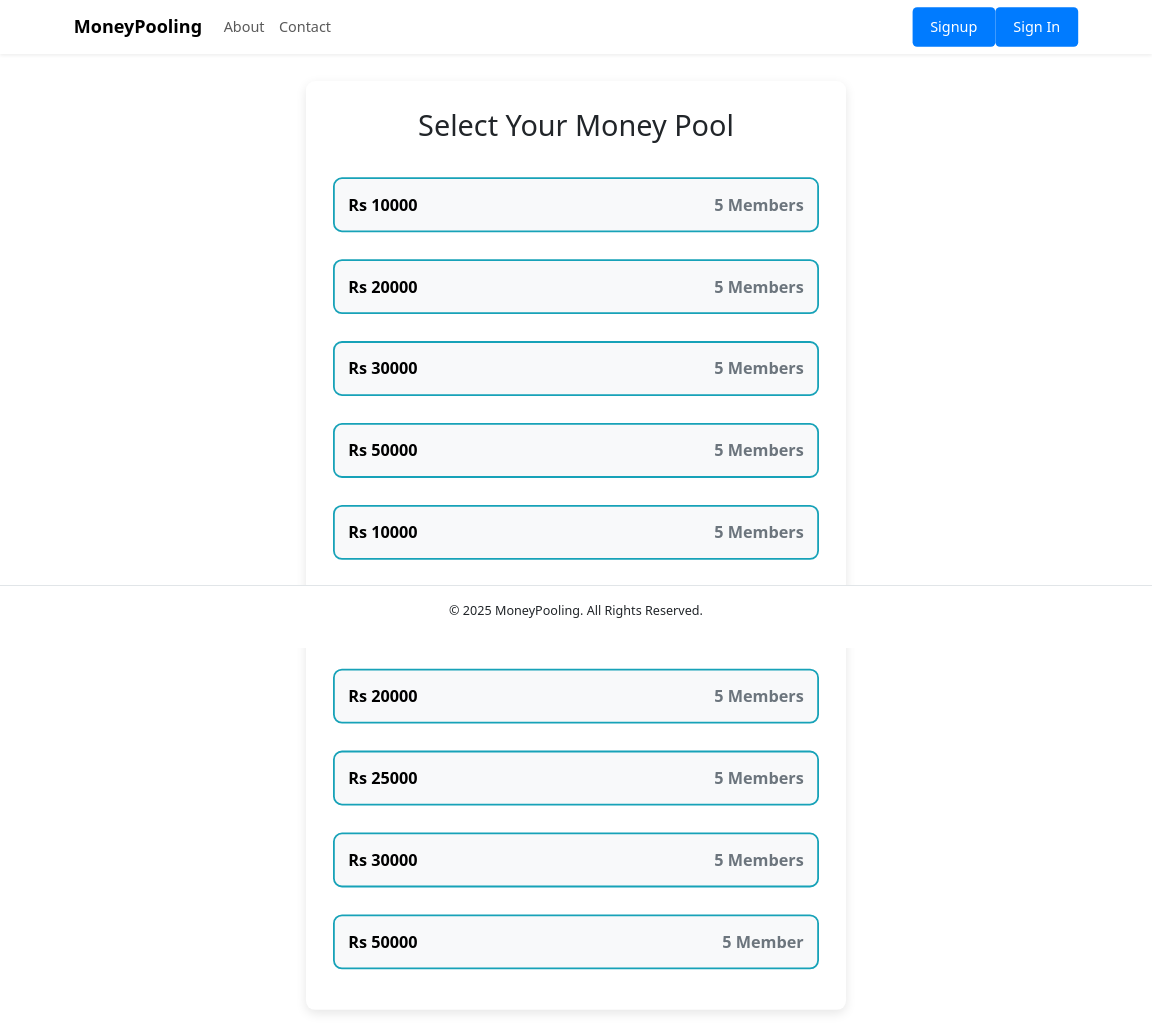
Repository: xxgautm420/MoneyPool
Page: templates/Index.html
An editor plug-in stored every save of this project. The page is shown before and after the next save, followed by the edit.
The browser window is 1280 px wide. The pictures show the whole page, at 90% of full size.
The page is served by the project's application, run on Flask 3 (app.py). Other server files are loaded and not shown. The template is opened directly, without the code that normally fills it, so the values that code supplies are empty.

Above is the page before, as saved 2025-03-03 23:18:27.

### templates/Index.html
<!DOCTYPE html>
<html lang="en">
<head>
    <meta charset="UTF-8">
    <meta name="viewport" content="width=device-width, initial-scale=1.0">
    <title>Money Pooling</title>


    <link rel="stylesheet" href="{{ url_for('static', filename='Css/style.css') }}">


    <link href="https://cdn.jsdelivr.net/npm/bootstrap@5.3.0-alpha1/dist/css/bootstrap.min.css" rel="stylesheet">
</head>
<body>


    <nav class="navbar navbar-expand-lg navbar-light bg-white fixed-top shadow-sm">
        <div class="container">
            <a class="navbar-brand fw-bold" href="#">MoneyPooling</a>
            <div class="collapse navbar-collapse">
                <ul class="navbar-nav me-auto mb-2 mb-lg-0">
                    <li class="nav-item">
                        <a class="nav-link" href="#" id="aboutLink">About</a>
                    </li>
                    <li class="nav-item">
                        <a class="nav-link" href="#" id="contactLink">Contact</a>
                    </li>
                </ul>
                <button id="signInButton" class="Sign-button">Signup</button>


                <button id="signInButton" class="Sign-button">Sign In</button>

        <div id="aboutFormContainer" class="about-container" style="display: none;">
            <div class="about-box">
        <section>
            <h1>About This Project</h1>
            <p>In today's digital age, web applications play a pivotal role in streamlining various processes and enhancing user experiences. This project focuses on developing a web application designed to facilitate a unique and engaging process where members join a slot, contribute a specified amount, and a randomly selected member benefits until all members have been selected. The application aims to provide a seamless and user-friendly experience, ensuring secure login, easy slot selection, and transparent tracking of contributions.</p>
            <p>The project is motivated by the need to create an efficient and reliable system that can manage member contributions and random selections in a fair and transparent manner. By leveraging modern web technologies, the application aims to enhance user engagement and foster a sense of community among members. This document outlines the functional requirements, user interaction flow, technical specifications, and expected outcomes of the project.</p>
            <button id="closeAbout" class="close-button"> x</button>
        </section>
        </div>
    </div>
    <div id="contactFormContainer" class="contact-container" style="display: none;">
        <div class="contact-box">
    <section>
        <h1>Contact</h1>
        <form>
            <label for="name">Name:</label><br>
            <input type="text" id="name" name="name" placeholder="Your Name"><br><br>
            <label for="email">Email:</label><br>
            <input type="email" id="email" name="email" placeholder="Your Email"><br><br>
            <label for="number">Number:</label><br>
            <input type="tel" id="number" name="number" placeholder="Your Phone Number"><br><br>
        </form>
        <p><strong>Address:</strong> Your Address Here</p>
        <p><strong>Contact Number:</strong> Your Contact Number Here</p>

        <button id="closeContact" class="close-button"> x</button>
    </section>
    </div>
</div>


            </div>
        </div>
    </nav>


    <div class="main-container">
        <h2 class="text-center mb-4">Select Your Money Pool</h2>
        <div class="slot-container">
            <button class="slot"><span>Rs 10000</span> <span class="members">5 Members</span></button>
            <button class="slot"><span>Rs 20000</span> <span class="members">5 Members</span></button>
            <button class="slot"><span>Rs 30000</span> <span class="members">5 Members</span></button>
            <button class="slot"><span>Rs 50000</span> <span class="members">5 Members</span></button>
            <button class="slot"><span>Rs 10000</span> <span class="members">5 Members</span></button>
            <button class="slot"><span>Rs 15000</span> <span class="members">5 Members</span></button>
            <button class="slot"><span>Rs 20000</span> <span class="members">5 Members</span></button>
            <button class="slot"><span>Rs 25000</span> <span class="members">5 Members</span></button>
            <button class="slot"><span>Rs 30000</span> <span class="members">5 Members</span></button>
            <button class="slot"><span>Rs 50000</span> <span class="members">5 Member</span></button>
        </div>
    </div>


    <div id="loginFormContainer" class="login-container">
        <div class="login-box">
            <h3>Login</h3>
            <input type="text" id="username" placeholder="Username">
            <input type="password" id="password" placeholder="Password">
            <button id="loginSubmit" class="btn btn-success">Login</button>
            <button id="closeLogin" class="btn btn-danger">Close</button>
        </div>
    </div>


    <div id="joinPoolForm" class="login-container" style="display: none;">
        <div class="login-box">
            <h3>Join Pool</h3>
            <button id="joinSubmit" class="btn btn-success" onclick="location.href='/progress'">Join</button>
            <button id="closeJoinPool" class="btn btn-danger">Close</button>
        </div>
    </div>


    <footer class="text-center py-3">
        <p>&copy; 2025 MoneyPooling. All Rights Reserved.</p>
    </footer>


    <script src="{{ url_for('static', filename='Script/script.js') }}"></script>
</body>
</html>

### app.py
from flask import Flask, render_template , jsonify
from user import User, db
from config import Config
from auth import auth_bp

app = Flask(__name__)
app.config.from_object(Config)
db.init_app(app)

app.register_blueprint(auth_bp)

@app.route('/')
def home():
    return render_template('index.html')

@app.route('/progress')
def progress():
    return render_template('progress.html')

@app.route('/api/users/top5', methods=['GET'])
def get_top5_users():
    users = User.query.limit(5).all()
    return jsonify([user.username for user in users])

if __name__ == '__main__':
    app.run(debug=True)

### static/Css/style.css

body {
    font-family: Arial, sans-serif;
    text-align: center;
    margin: 0;
    background-color: white;
    padding-top: 70px;
    display: flex;
    flex-direction: column;
    min-height: 100vh;
}


.navbar {
    box-shadow: 0px 2px 5px rgba(0, 0, 0, 0.1);
}

/* Container styling for buttons */


/* Class for styling the buttons */
.Sign-button {
    background-color: #007bff; /* Primary color */
    color: white; /* Text color */
    border: none; /* No border */
    padding: 10px 20px; /* Padding inside button */
    border-radius: 5px; /* Rounded corners */
    font-size: 16px; /* Font size */
    cursor: pointer; /* Pointer cursor on hover */
}

/* Additional hover effects for the buttons */
.Sign-button:hover {
    background-color: #0056b3; /* Darker shade on hover */
    transition: background-color 0.3s; /* Smooth transition */
}



.main-container {
    width: 80%;
    max-width: 600px;
    margin: 20px auto;
    padding: 30px;
    background-color: white;
    border-radius: 10px;
    box-shadow: 0 4px 12px rgba(0, 0, 0, 0.1);
    flex: 1;
    overflow-y: auto;
}


.slot-container {
    display: flex;
    flex-direction: column;
    align-items: center;
}


.slot {
    width: 100%;
    background-color: #f8f9fa;
    border: 2px solid #17a2b8;
    padding: 15px;
    margin: 15px 0;
    border-radius: 10px;
    font-size: 18px;
    cursor: pointer;
    display: flex;
    justify-content: space-between;
    align-items: center;
    font-weight: bold;
    transition: 0.3s;
}

.slot:hover {
    background-color: #17a2b8;
    color: white;
}


.members {
    color: #6c757d;
}


.login-container {
    position: fixed;
    top: 0;
    left: 0;
    width: 100%;
    height: 100%;
    background: rgba(0, 0, 0, 0.5);
    display: none;
    align-items: center;
    justify-content: center;
    z-index: 1000;
}


.login-box {
    background: white;
    padding: 20px;
    border-radius: 10px;
    box-shadow: 0 4px 12px rgba(0, 0, 0, 0.3);
    text-align: center;
    width: 350px;
    max-height: 80%;
    overflow-y: auto;
}

.login-box h3 {
    margin-bottom: 15px;
}

.login-box input {
    width: 100%;
    padding: 10px;
    margin-bottom: 10px;
    border: 1px solid #ddd;
    border-radius: 5px;
}

.login-box button {
    width: 100%;
    padding: 10px;
    margin-top: 5px;
}


#joinPoolForm .login-box {
    background: white;
    padding: 20px;
    border-radius: 10px;
    box-shadow: 0 4px 12px rgba(0, 0, 0, 0.3);
    text-align: center;
    width: 350px;
    max-height: 80%;
    overflow-y: auto;
}

#joinPoolForm .login-box h3 {
    margin-bottom: 15px;
}

#joinPoolForm .login-box button {
    width: 100%;
    padding: 10px;
    margin-top: 5px;
}


footer {
    width: 100%;
    background-color: white;
    text-align: center;
    padding: 10px;
    font-size: 14px;
    border-top: 1px solid #dee2e6;
    position: fixed;
    bottom: 0;
    left: 0;
    right: 0;
}


.about-container {
    position: fixed;
    top: 50%;
    left: 50%;
    transform: translate(-50%, -50%);
    width: 80%;
    max-width: 600px;
    background-color: white;
    border-radius: 10px;
    box-shadow: 0 4px 8px rgba(0, 0, 0, 0.1);
    overflow: auto;
    max-height: 90vh;
    padding: 20px;
}

.about-box {
    padding: 20px;
}

.about-container h1 {
    margin-top: 0;
}

.about-container p {
    line-height: 1.6;
}

.close-button {
    position: absolute;
    top: 10px;
    right: 10px;
    background-color: #f44336;
    color: white;
    border: none;
    border-radius: 50%;
    width: 30px;
    height: 30px;
    cursor: pointer;
    font-size: 16px;
}

.close-button:hover {
    background-color: #d32f2f;
}



 .contact-container {
    position: fixed;
    top: 50%;
    left: 50%;
    transform: translate(-50%, -50%);
    width: 80%;
    max-width: 600px;
    background-color: white;
    border-radius: 10px;
    box-shadow: 0 4px 8px rgba(0, 0, 0, 0.1);
    overflow: auto;
    max-height: 90vh;
    padding: 20px;
}

.contact-container h1 {
    margin-top: 0;
}

.contact-container form {
    margin-top: 20px;
}

.contact-container input,
.contact-container textarea {
    width: 100%;
    padding: 10px;
    margin-top: 5px;
    margin-bottom: 10px;
    border-radius: 5px;
    border: 1px solid #ccc;
}

.contact-container p {
    line-height: 1.6;
    margin-top: 10px;
}

.close-button {
    position: absolute;
    top: 10px;
    right: 10px;
    background-color: #f44336;
    color: white;
    border: none;
    border-radius: 50%;
    width: 30px;
    height: 30px;
    cursor: pointer;
    font-size: 16px;
}

.close-button:hover {
    background-color: #d32f2f;
}

### static/Script/script.js
document.addEventListener("DOMContentLoaded", () => {
    const signInButton = document.getElementById("signInButton");
    const loginFormContainer = document.getElementById("loginFormContainer");
    const closeLogin = document.getElementById("closeLogin");
    const loginSubmit = document.getElementById("loginSubmit");
    const slots = document.querySelectorAll(".slot");
    const joinPoolForm = document.getElementById("joinPoolForm");
    const closeJoinPool = document.getElementById("closeJoinPool");

    let isSignedIn = false;

    signInButton.addEventListener("click", () => {
        if (!isSignedIn) {
            loginFormContainer.style.display = "flex";
        } else {
            alert("You have signed out.");
            signInButton.textContent = "Sign In";
            signInButton.classList.replace("btn-danger", "btn-primary");
            isSignedIn = false;
        }
    });

    closeLogin.addEventListener("click", () => {
        loginFormContainer.style.display = "none";
    });

    loginSubmit.addEventListener("click", (event) => {
        event.preventDefault();

        let username = document.getElementById("username").value;
        let password = document.getElementById("password").value;

        if (username && password) {
            fetch('/api/users/login', {
                method: 'POST',
                headers: {
                    'Content-Type': 'application/json'
                },
                body: JSON.stringify({ username: username, password: password })
            })
            .then(response => response.json())
            .then(data => {
                if (data.success) {
                    alert(`Welcome, ${username}!`);
                    loginFormContainer.style.display = "none";
                    signInButton.textContent = "Sign Out";
                    signInButton.classList.replace("btn-primary", "btn-danger");
                    isSignedIn = true;
                } else {
                    alert('Login failed: ' + data.message);
                }
            })
            .catch(error => {
                console.error('Error:', error);
                alert('An error occurred while logging in. Please try again.');
            });
        } else {
            alert("Please enter username and password.");
        }
    });

    // registrationSubmit.addEventListener("click", (event) => {
    //     event.preventDefault();

    //     let username = document.getElementById("registerUsername").value;
    //     let password = document.getElementById("registerPassword").value;

    //     if (username && password) {
    //         fetch('/api/users/register', {
    //             method: 'POST',
    //             headers: {
    //                 'Content-Type': 'application/json'
    //             },
    //             body: JSON.stringify({ username: username, password: password })
    //         })
    //         .then(response => response.json())
    //         .then(data => {
    //             if (data.success) {
    //                 alert(`Registration successful, ${username}!`);
    //             } else {
    //                 alert('Registration failed: ' + data.message);
    //             }
    //         })
    //         .catch(error => {
    //             console.error('Error:', error);
    //             alert('An error occurred during registration. Please try again.');
    //         });
    //     } else {
    //         alert("Please enter username and password.");
    //     }
    // });

    // Show Join Pool Form on Slot Click
    slots.forEach(slot => {
        slot.addEventListener("click", () => {
            if (isSignedIn) {
                joinPoolForm.style.display = "flex";
            } else {
                alert("Please sign in to select a money pool.");
            }
        });
    });

    // Close Join Pool Form
    closeJoinPool.addEventListener("click", () => {
        joinPoolForm.style.display = "none";
    });
});




//about form
document.addEventListener("DOMContentLoaded", function() {
    const aboutLink = document.getElementById("aboutLink");
    const aboutFormContainer = document.getElementById("aboutFormContainer");
    const closeAboutForm = document.getElementById("closeAbout");


    aboutLink.addEventListener("click", function(event) {
        event.preventDefault();
        aboutFormContainer.style.display = "block";
    });

    closeAboutForm.addEventListener("click", () => {
        aboutFormContainer.style.display = "none";
    });


});

//contact form
document.addEventListener("DOMContentLoaded", function() {
    const contactLink = document.getElementById("contactLink");
    const contactFormContainer = document.getElementById("contactFormContainer");
    const closeContactForm = document.getElementById("closeContact");


    contactLink.addEventListener("click", function(event) {
        event.preventDefault();
        contactFormContainer.style.display = "block";
    });

    closeContactForm.addEventListener("click", () => {
        contactFormContainer.style.display = "none";
    });


});

After the next save:
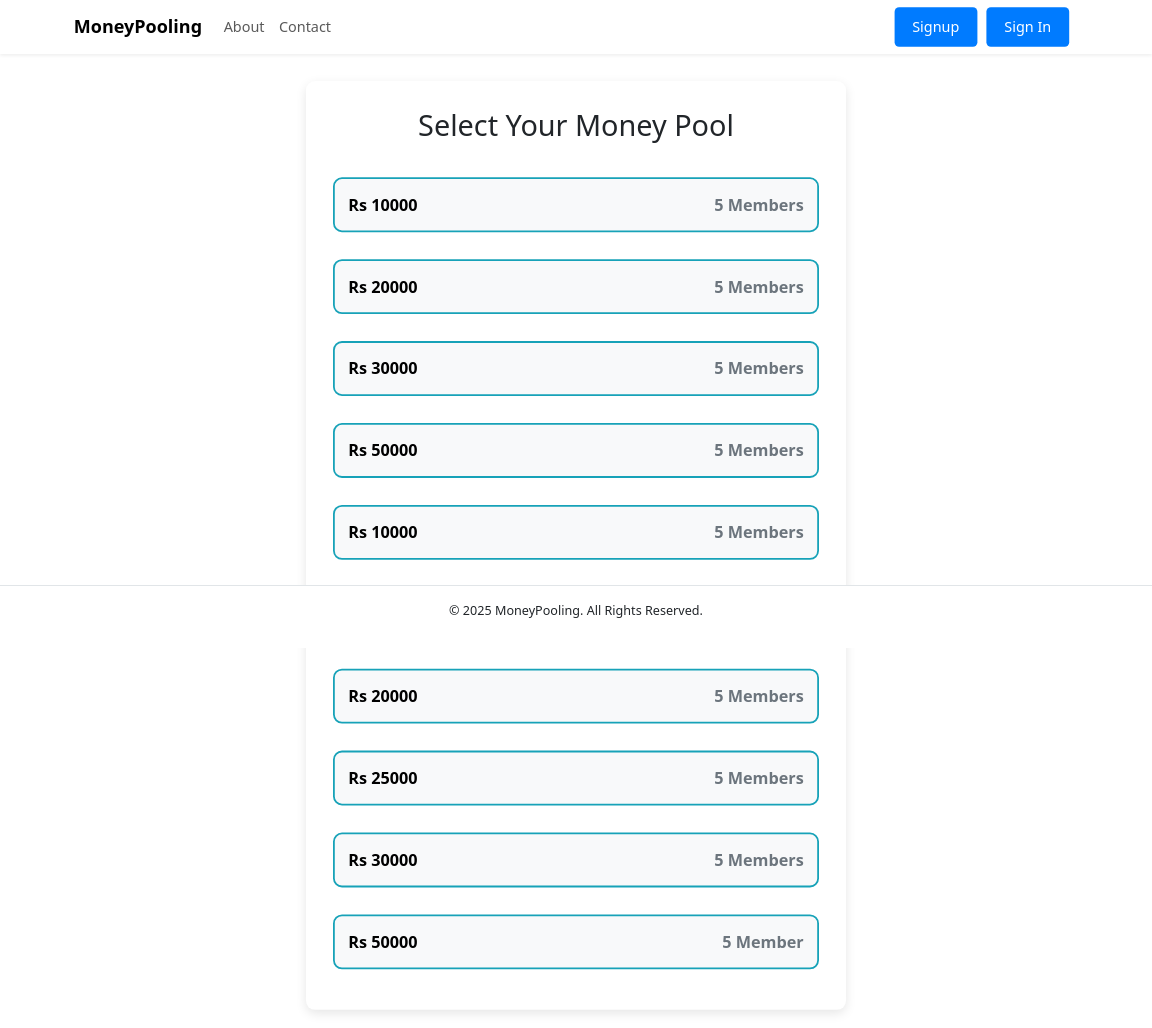
Saved 14 h 45 min later.
--- a/static/Css/style.css
+++ b/static/Css/style.css
@@ -27,6 +27,7 @@ body {
     border-radius: 5px; /* Rounded corners */
     font-size: 16px; /* Font size */
     cursor: pointer; /* Pointer cursor on hover */
+    margin-right: 10px; /* Space between buttons */
 }
 
 /* Additional hover effects for the buttons */
